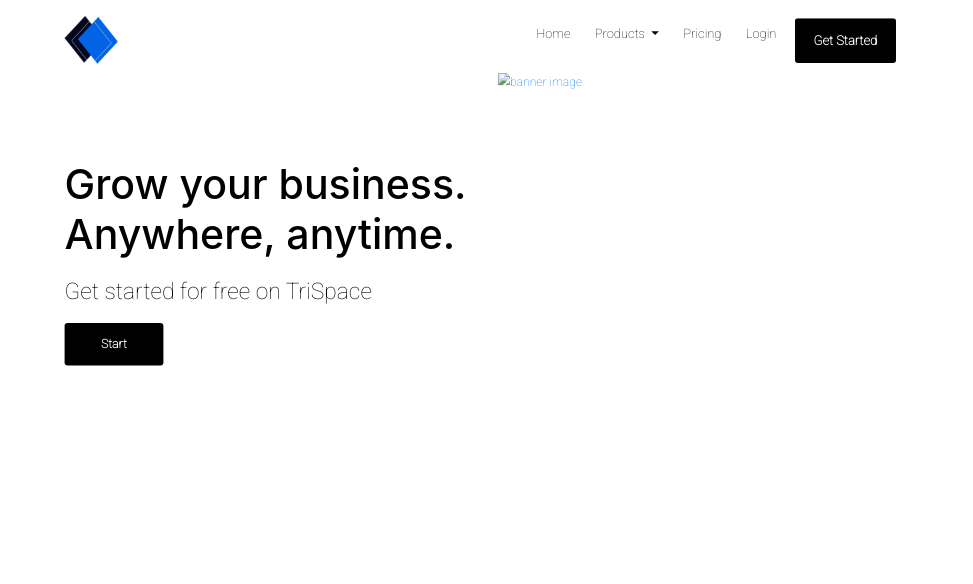
Repository: latenightsnacc/TriSpace
Page: home.html
These files come from the project's save history. The page is drawn as it stood at one moment and after the next save; the edit follows.
The browser window is 1280 px wide. The pictures show the whole page, at 76% of full size.
The style sheet was rebuilt from its Sass, Less or Tailwind sources for each picture, by a compiler version that may differ from the author's.

Above is the page before, as saved 2020-11-20 10:00:46.

### home.html
<!DOCTYPE html>
<html lang="en">
<head>
    <meta charset="UTF-8">
    <meta name="viewport" content="width=device-width, initial-scale=1.0">
    <!--Tailwind CDN-->
    <link rel="stylesheet" href="https://cdnjs.cloudflare.com/ajax/libs/tailwindcss/1.9.6/base.min.css" integrity="sha512-hEjkvMSM0ql6VJcNK0gTmjt9ar8F2yHeBUbJKtyvQhkkbGMhiJ4+MaiB8XxsthLAHJx5vy2I9dN0un8HiWG2LA==" crossorigin="anonymous" />
    <link rel="stylesheet" href="https://cdnjs.cloudflare.com/ajax/libs/tailwindcss/1.9.6/components.min.css" integrity="sha512-TizAONqhvXjEfRPhptSUkZNVU497PzAnXNGNUoeOjeni4dHpJ+ak+ZsyoGna20LH/yg1PvdufN1VbnVQeVDftg==" crossorigin="anonymous" />
    <link rel="stylesheet" href="https://cdnjs.cloudflare.com/ajax/libs/tailwindcss/1.9.6/tailwind.css" integrity="sha512-HY1FOTeAX9idUBWDhVDrBg8QUHBisKVQ4BCVj1jFo5z76mk87w4Rr5YGP8nBkcGmoMzqYvdeXHMOg/olF45z3g==" crossorigin="anonymous" />
    <link rel="stylesheet" href="https://cdnjs.cloudflare.com/ajax/libs/tailwindcss/1.9.6/utilities.min.css" integrity="sha512-0QJfuLKyYJWGB5hKArJW67xqMLDlR8YaLM/ZuW2mRn4NRwHNsGm7UuREc5Fu7jONHyewPKnGODY0N8G+FQbfxg==" crossorigin="anonymous" />
    <!--Bootstrap CDN-->
    <link rel="stylesheet" href="https://cdn.jsdelivr.net/npm/bootstrap@4.5.3/dist/css/bootstrap.min.css" integrity="sha384-TX8t27EcRE3e/ihU7zmQxVncDAy5uIKz4rEkgIXeMed4M0jlfIDPvg6uqKI2xXr2" crossorigin="anonymous">
    <!--Custom Stylesheet-->
    <link rel="stylesheet" href="styles/stylesheet.css">
    <!--Favicon-->
    <link rel="shortcut icon" href="assets/Logo/TriSpaceIcon.png" type="image/x-icon">
    <title>Home</title>
</head>
<body>
    <!--Wrapper-->
    <div class="wrapper mx-auto">
        <!--Navbar-->
        <nav class="navbar navbar-expand-lg navbar-light fixed-top p-3 mb-5 bg-white rounded" id="navbar">
            <div class="container align-middle">
                <a class="navbar-brand" href="index.html">
                    <img src="assets/Logo/TriSpaceMobileLogo1.png" alt="TriSpace Logo" height="40px" width="70px"/>
                </a>
                <button class="navbar-toggler" type="button" data-toggle="collapse" data-target="#navbarNavDropdown" aria-controls="navbarNavDropdown" aria-expanded="false" aria-label="Toggle navigation">
                <span class="navbar-toggler-icon"></span>
                </button>
                <div class="collapse navbar-collapse" id="navbarNavDropdown">
                <ul class="navbar-nav nav-menu ml-auto align-middle">
                    <li class="nav-item active mr-3">
                    <a class="nav-link" href="index.html">Home</a>
                    </li>
                    <li class="nav-item dropdown mr-3">
                        <a class="nav-link dropdown-toggle" href="products.html" id="navbarDropdownMenuLink" role="button" data-toggle="dropdown" aria-haspopup="true" aria-expanded="false">
                        Products
                        </a>
                        <div class="dropdown-menu" aria-labelledby="navbarDropdownMenuLink">
                        <a class="dropdown-item" href="#">Blog</a>
                        <a class="dropdown-item" href="#">Website</a>
                        <a class="dropdown-item" href="#">E-commerce</a>
                        <a class="dropdown-item" href="#">Domain</a>
                        <a class="dropdown-item" href="#">Hosting</a>
                        </div>
                    </li>
                    <li class="nav-item mr-3">
                    <a class="nav-link" href="pricing.html">Pricing</a>
                    </li>
                    <li class="nav-item mr-3">
                        <a class="nav-link" href="#">Login</a>
                    </li>
                    <li class="nav-item mr-3">
                        <a class="nav-link btn blue text-white px-4 py-3 hover:shadow-2xl" href="#">Get Started</a>
                    </li>
                </ul>
                </div>
            </div>
        </nav>
        <!-- End of Navbar-->

        <!--Banner-->
        <div class="min-h-screen  mt-5" id="banner">
            <div class="container">
                <div class="row pt-5">
                    <!--Banner Text-->
                    <div class="col-xs-12 col-s-12 col-md-6 col-lg-6 col-xl-6">
                        <div class="text-box banner-txt">
                            <h1 class="">Grow your business.<br/> Anywhere, anytime.</h1>
                            <h5 class="span-title py-3 text-2l">Get started for free on TriSpace</h5>
                            <button class="bg-black hover:bg-blue-500 text-white font-bold py-3 px-5 rounded">Start</button>
                        </div>
                    </div>
                    <!--Banner Image-->
                    <div class="col-xs-12 col-s-12 col-md-6 col-lg-6 col-xl-6">
                        <a href="#">
                            <img class="banner-img" src="" alt="banner image"/>
                        </a>
                    </div>
                </div>
            </div>
        </div>
        <!--End of Banner-->


    </div>
    <!--Bootstrap Scripts-->
    <script src="https://code.jquery.com/jquery-3.5.1.slim.min.js" integrity="sha384-DfXdz2htPH0lsSSs5nCTpuj/zy4C+OGpamoFVy38MVBnE+IbbVYUew+OrCXaRkfj" crossorigin="anonymous"></script>
    <script src="https://cdn.jsdelivr.net/npm/popper.js@1.16.1/dist/umd/popper.min.js" integrity="sha384-9/reFTGAW83EW2RDu2S0VKaIzap3H66lZH81PoYlFhbGU+6BZp6G7niu735Sk7lN" crossorigin="anonymous"></script>
    <script src="https://cdn.jsdelivr.net/npm/bootstrap@4.5.3/dist/js/bootstrap.min.js" integrity="sha384-w1Q4orYjBQndcko6MimVbzY0tgp4pWB4lZ7lr30WKz0vr/aWKhXdBNmNb5D92v7s" crossorigin="anonymous"></script>
    <script src="js/main.js"></script>
</body>

### js/main.js
var position = $(window).scrollTop();
// $(".logo-mobile").hide();
// $('.logo-web').attr('src', "assets/Logo/ceelesslogoblack2.png").width('170px');
// should start at 0

$(window).scroll(function() {
    var scroll = $(window).scrollTop();

    // if( scroll > position ){
    //     $('.navbar').addClass('bg-light');
    //     $(".logo-web").fadeOut('slow');
    //     $(".logo-mobile").fadeIn('slow');
    // } else {
    //     $('.navbar').removeClass('bg-light');
    //     $(".logo-web").show();
    //     $(".logo-mobile").hide();
    // }

    if( scroll > position ){
        $('.navbar').removeClass('bg-transparent');
        $('.navbar').addClass('shadow-lg bg-white');
        // $('.logo-web').attr('src', "assets/Logo/ceeiconblack.png").height('25px').width('auto').addClass('fade-in');
    } else {
        $('.navbar').removeClass('shadow-lg bg-white');
        $('.navbar').addClass('bg-transparent');


    }
    // position = scroll;
});

### styles/stylesheet.scss
@import'variables';

*{
    box-sizing: border-box;
    margin: 0;
    padding: 0;
    text-decoration: none;
    list-style: none;
    font-family: $font3;
    button {
        outline: none;
    }
    a {
        text-decoration: none;
        &:hover {
            text-decoration: none;
        }
    }

    button {
        font-family: $font3;
    }
}

.navbar-light .navbar-nav .active>.nav-link, .navbar-light .navbar-nav .nav-link.active, .navbar-light .navbar-nav .nav-link.show, .navbar-light .navbar-nav .show>.nav-link, .nav-link, .dropdown-item {
    color: $blue !important;
    font-weight: 500;
    font-size: 17px;

    &:hover {
        text-transform: uppercase;


    }
}
a.btn {
    color: white !important;
    padding: 10px 40px;
    font-weight: bold;
    &:hover {
        text-transform: capitalize;
    }

}
// section#banner {
//     background: url('/HTML/assets/WaLine.png') ;
//     background-size: contain;
//     background-repeat: no-repeat;
//     background-position: center;
// }
.banner-txt {
    h1 {
        font-size: 54px;
        color: $blue;
        font-family: $font;
    }

}
img.banner-img {
    width: 400px;
    height: 500px;
}
.text-box {
    display: flex;
    flex-direction: column;
    height: 100%;
    justify-content: center;
    align-items: flex-start;
}
.section-title, span.color {
    font-size: 40px;
    font-family: $font2;
    color: $blue;

}
.span-title {
    font-family: $font3;
    font-size: 30px;
    color: $blue;
}
.absolute-box {
    position: relative;
    .images {
        position: absolute;
        width: 100%;
        height: 100%;

        img {
            width: 300px;
            height: 350px;
        }

        .img-1 {
            position: absolute;
            top: -30px;
            left: 0px;

        }
        .img-2 {
            position: absolute;
            top: 40px;
            left: 400px;

        }
        .img-3 {
            position: absolute;
            top: -30px;
            right: 0px;

        }
    }
}
#clr1 {
    background-color: $blue;
    width: 100%;
    height: 600px;
    border: 1px solid $blue;
    box-shadow: 0 .5rem 1rem rgba(0,0,0,.15)!important;
}
#clr2 {
    background-color: $yellow;
    width: 100%;
    height: 300px;
    border: 1px solid $yellow;
    margin-bottom: 30px;
    box-shadow: 0 .5rem 1rem rgba(0,0,0,.15)!important;
}
#clr3 {
    background-color: $red;
    width: 100%;
    height: 270px;
    border: 1px solid $red;
    box-shadow: 0 .5rem 1rem rgba(0,0,0,.15)!important;
}
.clear-box {
    width: 300px;
    height: 250px;
    border: 1px solid $blue;
    box-shadow: 0 .5rem 1rem rgba(0,0,0,.15)!important;
}

.price-card {
    border: 1px solid $blue;
    &:hover {
        border: 2px solid $blue;
        transition: all border 1000ms ease-in ;
    }
}

.wavy {
    position: relative;
    background: $blue;
    width: 100%;
    overflow: hidden;

}

#topcurve {
    position: absolute;
    bottom: 0;
    width: 100%;
}

#topcurve path {
    fill: $yellow;
}
.blue {
    background-color: $blue;
    color: $primary;
}
section.wave {
    width: 100%;
    min-height: 200px;
}
.wave {
    position: relative;
    // background: $blue;
    &::before {
        content: '';
        position: absolute;
        bottom: 0;
        left: 0;
        width: 100%;
        height: 100px;

    }

}

### styles/_variables.scss
@import url('https://fonts.googleapis.com/css2?family=Chewy&display=swap');
@import url('https://fonts.googleapis.com/css2?family=Major+Mono+Display&display=swap');
@import url('https://fonts.googleapis.com/css2?family=Roboto:wght@100&display=swap');
$font: -apple-system, BlinkMacSystemFont, 'Segoe UI', Roboto, Oxygen, Ubuntu, Cantarell, 'Open Sans', 'Helvetica Neue', sans-serif;
$FONT1: 'Chewy', cursive;
$font2: 'Major Mono Display', monospace;
$font3: 'Roboto', sans-serif;
$primary: #fff;
$darkB: #02081d;
$lightB: #cce1ea;
//$blue: #0263e4;
$blue: black;
$red: #ca1b11;
$yellow : yellow;
$dB: #081a5a;

After the next save:
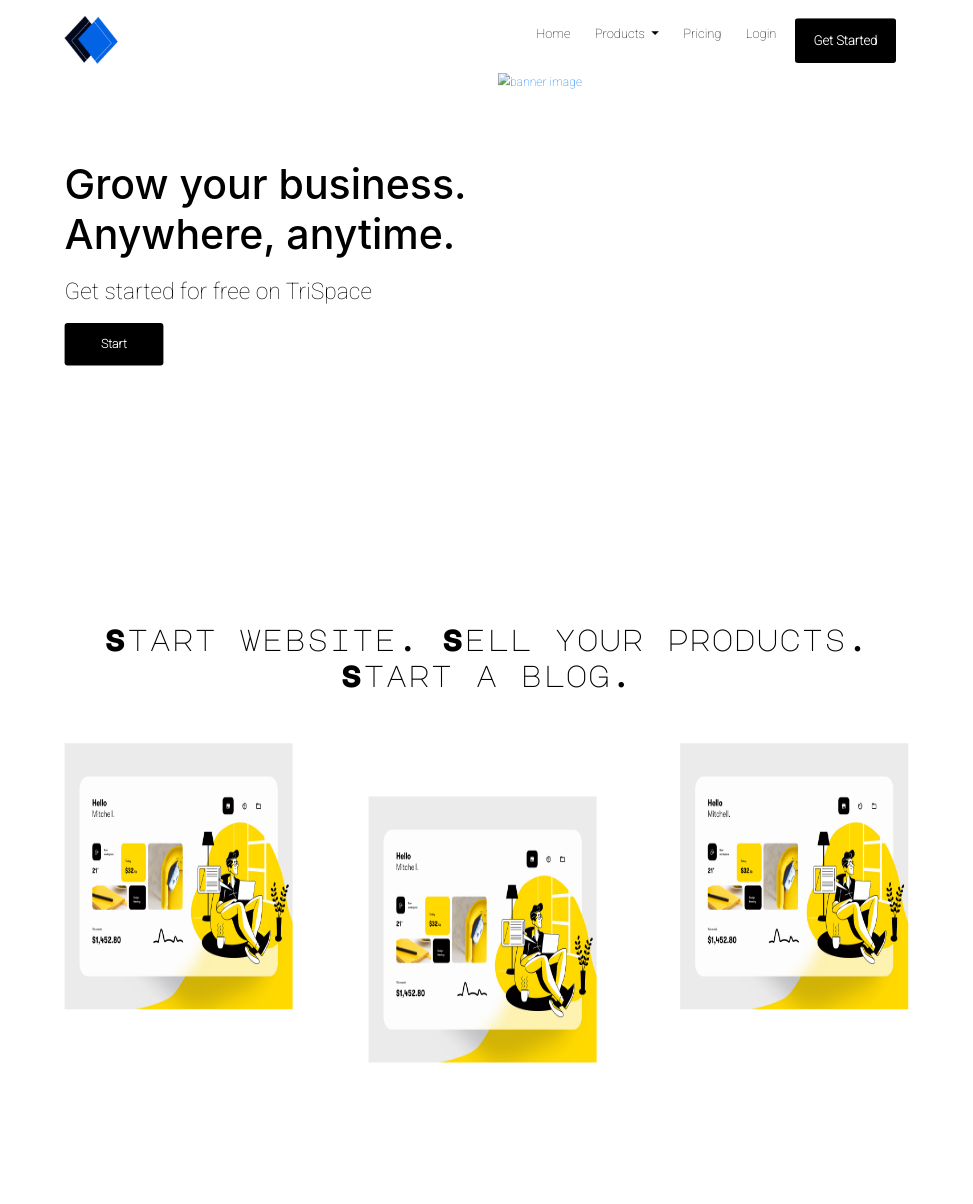
Saved 35 s later.
--- a/home.html
+++ b/home.html
@@ -83,7 +83,34 @@
         </div>
         <!--End of Banner-->
 
-
+        <!--Services-->
+        <div class="min-h-screen mt-5 mb-5" id="services">
+            <div class="container">
+                <div class="absolute-box">
+                    <div class="title-box text-center mb-5">
+                        <h2 class="section-title pb-5">Start <span class="section-title">website. </span><span class="color">Sell your products.</span><br/><span class="color">Start a blog.</span> </h2>
+                    </div>
+                    <div class="images">
+                        <div class="img-1 ">
+                            <a href="#">
+                                <img src="assets/Template-1.jpg" alt="Build a website" />
+                            </a>
+                        </div>
+                        <div class="img-2 motion-reduce:animate-bounce">
+                            <a href="#">
+                                <img src="assets/Template-1.jpg" alt="Build a website" />
+                            </a>
+                        </div>
+                        <div class="img-3">
+                            <a href="#">
+                                <img src="assets/Template-1.jpg" alt="Build a website" />
+                            </a>
+                        </div>
+                    </div>
+                </div>
+            </div>
+        </div>
+        <!--End of Services-->
     </div>
     <!--Bootstrap Scripts-->
     <script src="https://code.jquery.com/jquery-3.5.1.slim.min.js" integrity="sha384-DfXdz2htPH0lsSSs5nCTpuj/zy4C+OGpamoFVy38MVBnE+IbbVYUew+OrCXaRkfj" crossorigin="anonymous"></script>
